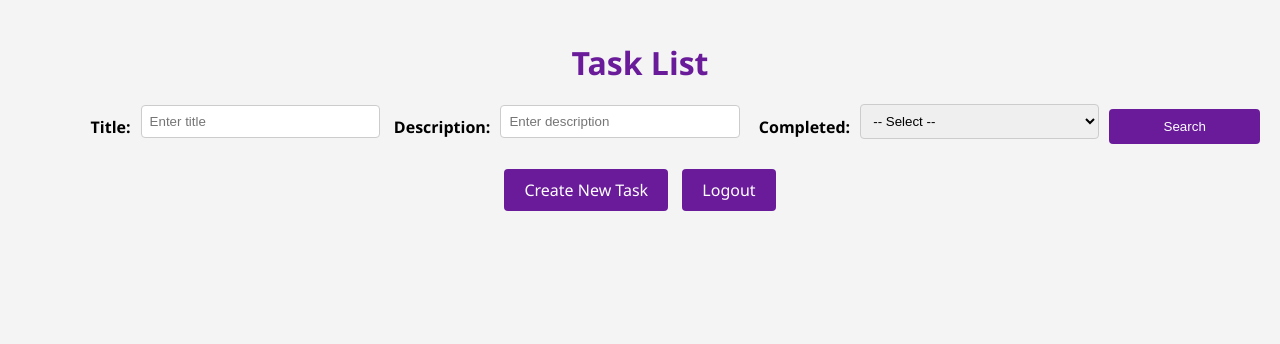
Repository: anchalsinghrajput/spring-MVC
Page: http://localhost/todoList/views/taskList.jsp
The author's editor kept a copy of each file at every save. The page is drawn from the files as they stood at one save, then again after the next save.
The browser window is 1280 px wide. The pictures show the whole page.
The page is served by Tomcat 10. Other server files are loaded and not shown.

Above is the page before, as saved 2023-11-16 08:09:37.

### todoList/src/main/webapp/views/taskList.jsp
<%@ page contentType="text/html;charset=UTF-8" language="java" %>
<%@ page import="java.util.List" %>
<%@ page import="com.infosys.anchal.todoList.entity.Task" %>
<%@ page import="java.util.ArrayList" %>

<!DOCTYPE html>
<html>
<head>
    <title>Task List</title>
    <style>
        body {
            font-family: 'Segoe UI', Tahoma, Geneva, Verdana, sans-serif;
            background-color: #f4f4f4;
            margin: 0;
            padding: 20px;
            text-align: center;
        }
        h1 {
            margin-bottom: 20px;
            color: #6a1b9a;
        }
        form {
            margin-bottom: 20px;
            display: flex;
            justify-content: space-between;
            align-items: center;
        }
        form label {
            flex: 1;
            text-align: right;
            margin-right: 10px;
            font-weight: bold;
        }
        form input[type="text"],
        form select {
            flex: 2;
            padding: 8px;
            margin-bottom: 10px;
            border: 1px solid #ccc;
            border-radius: 4px;
            box-sizing: border-box;
        }
        form button {
            flex: 1;
            padding: 10px 20px;
            color: #fff;
            background-color: #6a1b9a;
            border: none;
            border-radius: 4px;
            cursor: pointer;
            transition: background-color 0.3s ease;
            margin-left: 10px;
        }
        form button:hover {
            background-color: #9c27b0;
        }
        table {
            width: 80%;
            margin: 0 auto;
            background-color: #fff;
            border-collapse: collapse;
            box-shadow: 0 0 10px rgba(0, 0, 0, 0.1);
        }
        th, td {
            padding: 12px;
            text-align: left;
            border-bottom: 1px solid #ddd;
        }
        th {
            background-color: #f2f2f2;
        }
        input[type="checkbox"] {
            cursor: pointer;
        }
        .button {
            display: inline-block;
            padding: 10px 20px;
            text-decoration: none;
            color: #fff;
            background-color: #6a1b9a;
            border: none;
            border-radius: 4px;
            cursor: pointer;
            transition: background-color 0.3s ease;
            margin-right: 10px;
            margin-bottom: 10px;
        }
        .button:last-child {
            margin-right: 0;
        }
        .button:hover {
            background-color: #9c27b0;
        }
        .no-tasks {
            font-style: italic;
            color: #888;
        }
        .action-links {
            white-space: nowrap;
        }
    </style>
</head>
<body>
    <h1>Task List</h1>

    <form action="/tasks/search" method="get">
        <label for="title">Title:</label>
        <input type="text" id="title" name="title" placeholder="Enter title">

        <label for="description">Description:</label>
        <input type="text" id="description" name="description" placeholder="Enter description">

        <label for="completed">Completed:</label>
        <select id="completed" name="completed">
            <option value="">-- Select --</option>
            <option value="true">Completed</option>
            <option value="false">Not Completed</option>
        </select>

        <button type="submit">Search</button>
    </form>

    <table>
        <!-- ... Your table content ... -->
    </table>

    <a href="/tasks/create" class="button">Create New Task</a>
    <a href="/logout" class="button">Logout</a>
</body>
</html>

After the next save:
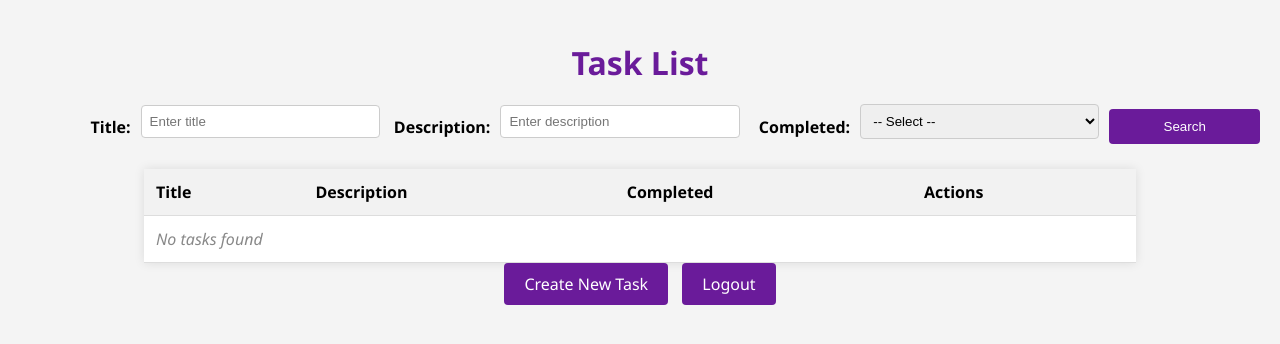
Saved 24 s later.
--- a/todoList/src/main/webapp/views/taskList.jsp
+++ b/todoList/src/main/webapp/views/taskList.jsp
@@ -121,7 +121,30 @@
     </form>
 
     <table>
-        <!-- ... Your table content ... -->
+        <tr>
+            <th>Title</th>
+            <th>Description</th>
+            <th>Completed</th>
+            <th>Actions</th>
+        </tr>
+
+        <% List<Task> userTasks = (List<Task>) request.getAttribute("userTasks");
+        if (userTasks != null && !userTasks.isEmpty()) {
+            for (Task task : userTasks) { %>
+                <tr>
+                    <td><%= task.getTitle() %></td>
+                    <td><%= task.getDescription() %></td>
+                    <td>
+                        <input type="checkbox" <%= task.isCompleted() ? "checked" : "" %>/>
+                    </td>
+                    <td class="action-links">
+                        <a href="/tasks/edit/<%= task.getId() %>" class="button">Edit</a>
+                        <a href="/tasks/delete/<%= task.getId() %>" class="button">Delete</a>
+                    </td>
+                </tr>
+        <% } } else { %>
+                <tr><td colspan='4' class='no-tasks'>No tasks found</td></tr>
+        <% } %>
     </table>
 
     <a href="/tasks/create" class="button">Create New Task</a>
